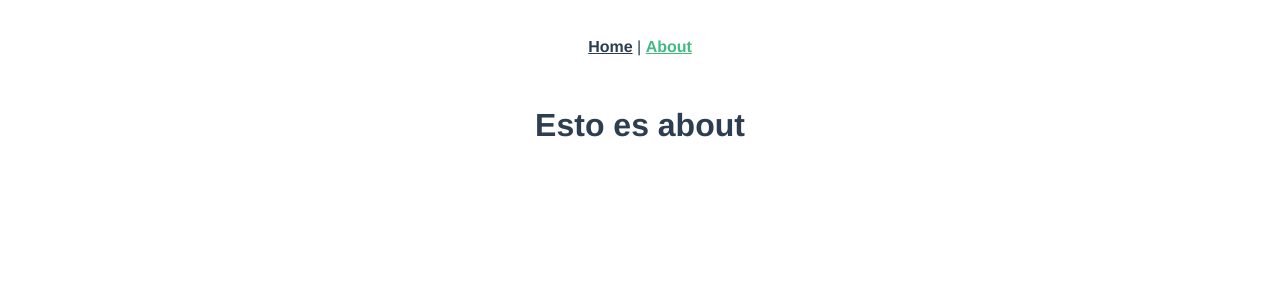
Repository: cesartomedes/frontacademico
Page: /#/about
The author's editor kept a copy of each file at every save. The page is drawn from the files as they stood at one save, then again after the next save.
The browser window is 1280 px wide. The pictures show the whole page.
The project was rebuilt for these pictures with package versions that can differ from the ones it lists, and the page was loaded fresh each time. Also part of the build but not shown: vue.config.js, src/components/HelloWorld.vue, src/views/HomeView.vue.

Above is the page before, as saved 2023-10-24 14:44:54.

After the next save:
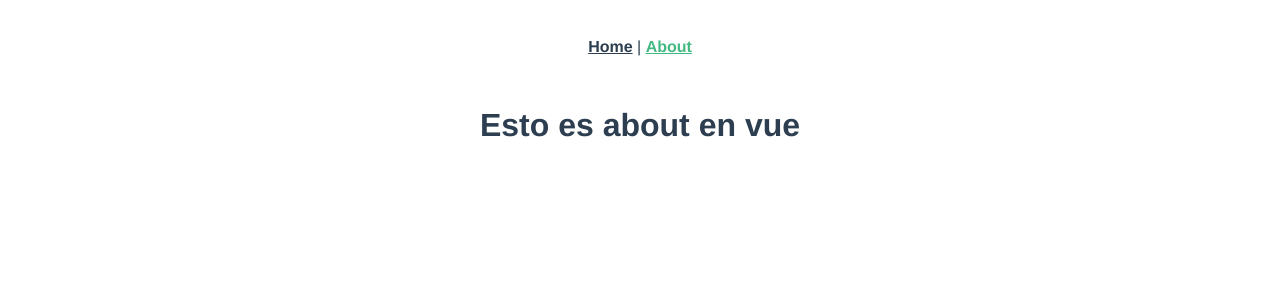
Saved 12 s later.
--- a/src/views/AboutView.vue
+++ b/src/views/AboutView.vue
@@ -1,5 +1,5 @@
 <template>
   <div class="about">
-    <h1>Esto es about</h1>
+    <h1>Esto es about en vue</h1>
   </div>
 </template>
